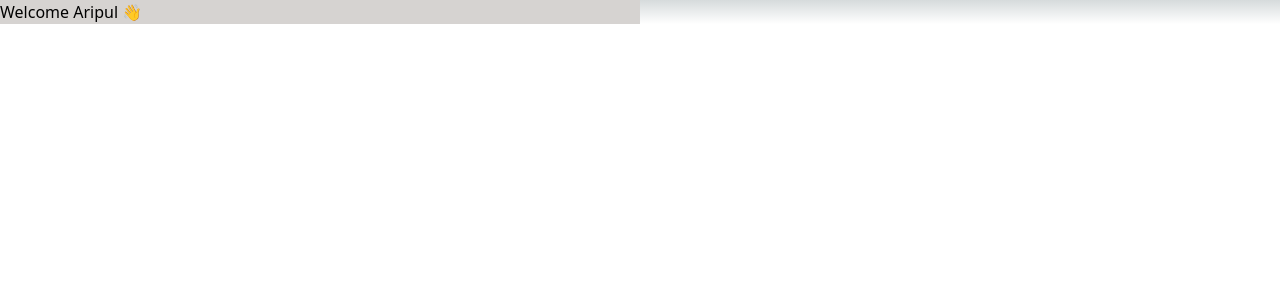
Repository: mehedi9465/nextapp
Page: /Dashboard
An editor plug-in stored every save of this project. The page is shown before and after the next save, followed by the edit.
The browser window is 1280 px wide. The pictures show the whole page.
The project was rebuilt for these pictures with package versions that can differ from the ones it lists, and the page was loaded fresh each time. The framework's server and built-in components were replaced by stand-ins that run in the browser. Also part of the build but not shown: next.config.js, Components/Navbar.js.

Above is the page before, as saved 2023-03-04 14:45:55.

After the next save:
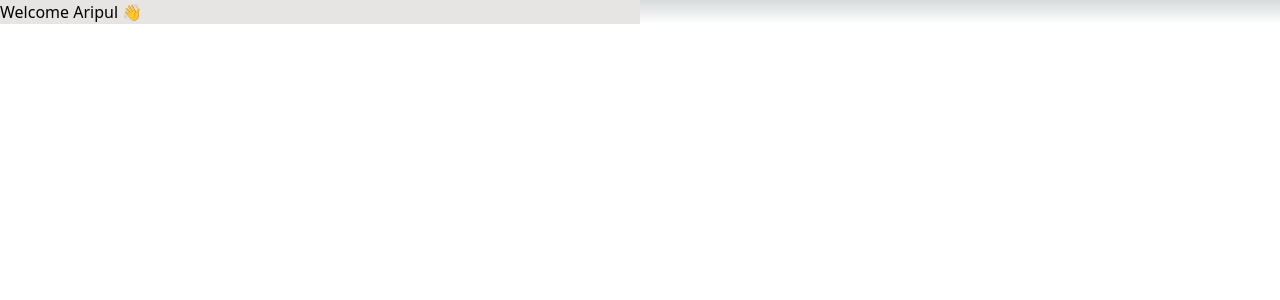
Saved 7 s later.
--- a/pages/Dashboard/index.js
+++ b/pages/Dashboard/index.js
@@ -7,7 +7,7 @@ const index = () => {
     <>
       {/* <Navbar></Navbar> */}
 
-      <div className="max-w-screen-sm bg-stone-300">
+      <div className="max-w-screen-sm bg-stone-200">
         <div className="flex">
           <h2>
             Welcome <span>Aripul 👋</span>
